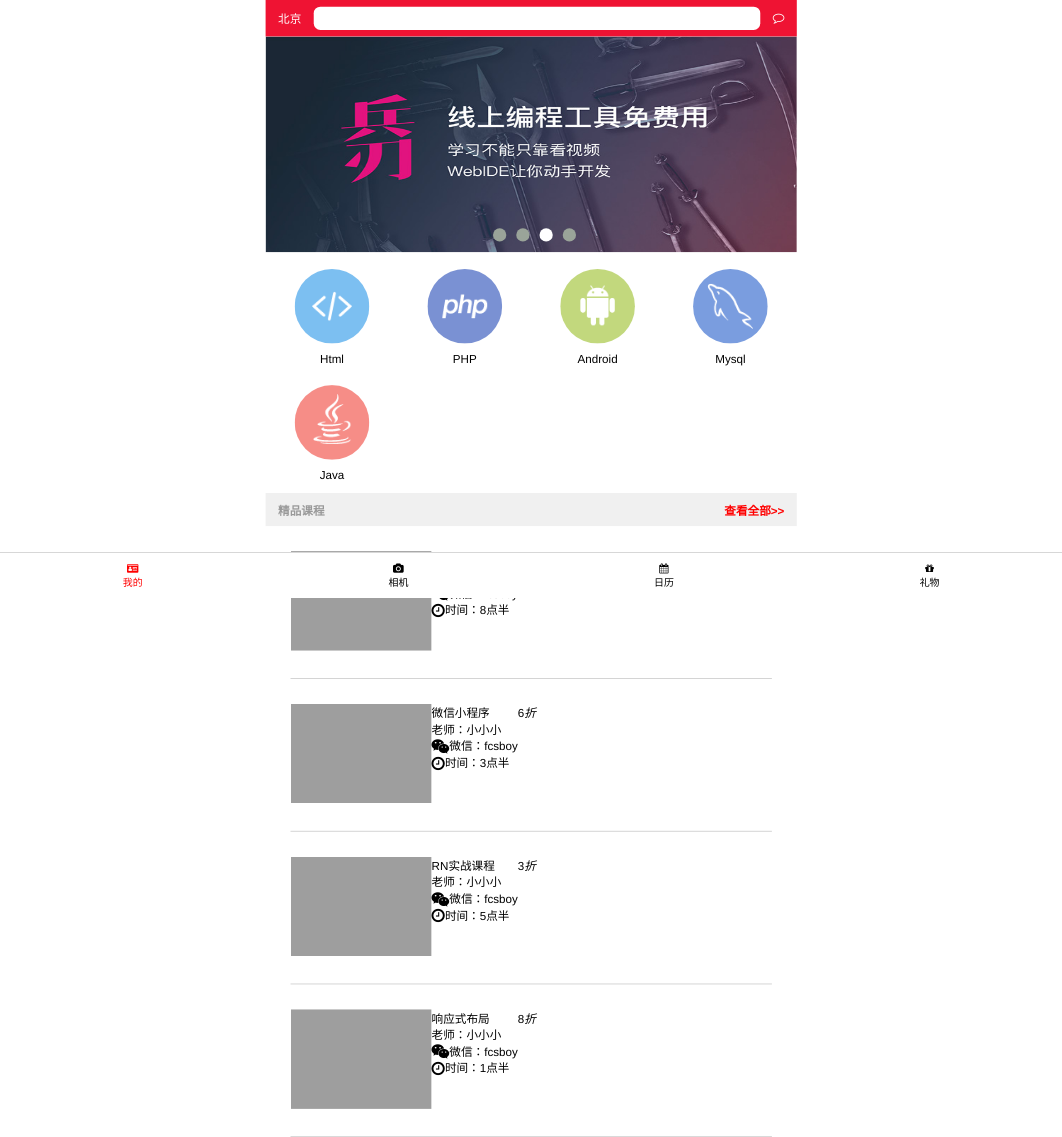
Repository: zhenzhen-gong/flextContent
Page: index.html
The author's editor kept a copy of each file at every save. The page is drawn from the files as they stood at one save, then again after the next save.
The browser window is 1280 px wide. The pictures show the whole page, at 83% of full size.
Pictures or frames that could not be fetched are drawn as grey boxes.

Above is the page before, as saved 2020-06-19 10:38:57.

### index.html
<!DOCTYPE html>
<html lang="en">

<head>
    <meta charset="UTF-8">
    <meta name="viewport" content="width=device-width, initial-scale=1.0">
    <title>移动端响应式小项目</title>
    <link rel="stylesheet" href="css/style.css">
    <link rel="stylesheet" href="css/font-awesome/css/font-awesome.min.css">
    <script src="http://cdn.bootcss.com/jquery/1.12.4/jquery.js"></script>
    <script src="script.js"></script>
</head>

<body>
    <div class="Tbox">
        <header>
            <a href="#" class="left-address">北京</a>
            <input class="middle-form" name="search">
            <a href="#" class="right-message">
                <i class="fa fa-comment-o"></i>
            </a>
        </header>
        <section>
            <div class="imgholder">
                <div class="imgBox" id="imgBox">
                    <div class="imgcontent active"><img src="img/banner1.jpg" alt="图片加载失败"></div>
                    <div class="imgcontent"><img src="img/banner2.jpg" alt="图片加载失败"></div>
                    <div class="imgcontent"><img src="img/banner3.jpg" alt="图片加载失败"></div>
                    <div class="imgcontent"><img src="img/banner4.jpg" alt="图片加载失败"></div>
                </div>
                <div class="imgCircle" id="imgCircle">
                    <span class="active"></span>
                    <span></span>
                    <span></span>
                    <span></span>
                </div>
            </div>
            <div class="content">
                <div>
                    <img src="img/1.png" alt="">
                    <span>Html</span>
                </div>
                <div>
                    <img src="img/2.png" alt="">
                    <span>PHP</span>
                </div>
                <div>
                    <img src="img/3.png" alt="">
                    <span>Android</span>
                </div>
                <div>
                    <img src="img/4.png" alt="">
                    <span>Mysql</span>
                </div>
                <div>
                    <img src="img/5.png" alt="">
                    <span>Java</span>
                </div>
            </div>
            <div class="nav">
                <span>精品课程</span>
                <span>查看全部>></span>
            </div>
            <div class="items">
                <div class="item">
                    <div class="item_left">
                        <img src="http://szimg.mukewang.com/5806de7c00014a3105400300-360-202.jpg" alt="">
                    </div>
                    <div class="item_center">
                        <p>jQuery实战课程</p>
                        <p>老师：小小小</p>
                        <p><i class="fa fa-weixin fa-lg"></i>微信：fcsboy</p>
                        <p><i class="fa fa-clock-o fa-lg"></i>时间：8点半</p>
                    </div>
                    <div class="item_right">
                        <span>3</span><em>折</em>
                    </div>
                </div>
                <div class="item">
                    <div class="item_left">
                        <img src="http://szimg.mukewang.com/583e42fb0001e04f05400300-360-202.jpg" alt="">
                    </div>
                    <div class="item_center">
                        <p>微信小程序</p>
                        <p>老师：小小小</p>
                        <p><i class="fa fa-weixin fa-lg"></i>微信：fcsboy</p>
                        <p><i class="fa fa-clock-o fa-lg"></i>时间：3点半</p>
                    </div>
                    <div class="item_right">
                        <span>6</span><em>折</em>
                    </div>
                </div>
                <div class="item">
                    <div class="item_left">
                        <img src="http://szimg.mukewang.com/57ec8a820001c60b05400300-360-202.jpg" alt="">
                    </div>
                    <div class="item_center">
                        <p>RN实战课程</p>
                        <p>老师：小小小</p>
                        <p><i class="fa fa-weixin fa-lg"></i>微信：fcsboy</p>
                        <p><i class="fa fa-clock-o fa-lg"></i>时间：5点半</p>
                    </div>
                    <div class="item_right">
                        <span>3</span><em>折</em>
                    </div>
                </div>
                <div class="item">
                    <div class="item_left">
                        <img src="http://szimg.mukewang.com/576b84c10001b1c005400300-360-202.jpg" alt="">
                    </div>
                    <div class="item_center">
                        <p>响应式布局</p>
                        <p>老师：小小小</p>
                        <p><i class="fa fa-weixin fa-lg"></i>微信：fcsboy</p>
                        <p><i class="fa fa-clock-o fa-lg"></i>时间：1点半</p>
                    </div>
                    <div class="item_right">
                        <span>8</span><em>折</em>
                    </div>
                </div>
            </div>
        </section>
    </div>
    <footer>
        <div class="active">
            <a href="#" class="active">
                <i class="fa fa-id-card"></i>
            </a>
            我的
        </div>
        <div>
            <a href="#">
                <i class="fa fa-camera"></i>
            </a>
            相机
        </div>
        <div>
            <a href="#">
                <i class="fa fa-calendar"></i>
            </a>
            日历
        </div>
        <div>
            <a href="#">
                <i class="fa fa-gift"></i>
            </a>
            礼物
        </div>
    </footer>
</body>

</html>

### css/style.css
/* css初始化 */
*{
    margin: 0;
    padding: 0;
    border: none;
}
body{
    font-size: 14px;
    font-family: 'Franklin Gothic Medium', 'Arial Narrow', Arial, sans-serif;
}
a{
    text-decoration: none;
    color: black;
}
/* 正文部分 */
.Tbox{
    width: 640px;
    position: absolute;
    left: 0;
    right: 0;
    margin: 0 auto;
}
/* 头部导航 */
.Tbox>header{
   height: 44px;
   padding: 0 15px;
   background: #ef1333;
   display: flex;
   align-items: center;
}
.Tbox>header>a.left-address{
    margin-right: 15px;
    color: #ffffff;
}
.Tbox>header>input.middle-form{
   flex: 1;
   box-sizing: border-box;
   height: 28px;
   border-radius: 8px;
   border: none;
}
.Tbox>header>a.right-message{
    margin-left: 15px;
    color: #ffffff;
}
/* 图片轮播 */
section>div.imgholder{
    height: 260px;
    width: 100%;
    position: relative;
    overflow: hidden;
}
section>div.imgholder>div.imgBox{
    height: 100%;
    width: 100%;
}
section>div.imgholder>div.imgBox>div.imgcontent{
    position: absolute;
    height: 100%;
    width: 100%;
    overflow: hidden;
    display: none;
}
section>div.imgholder>div.imgBox>div.active{
    display: block;
}
section>div.imgholder>div.imgBox>div.imgcontent>img{
    width: 100%;
    height: 100%;
}
/* 控制图片切换的圆点 */
section>div.imgholder>div.imgCircle{
    position: absolute;
    bottom: 10px;
    width: 100%;
    text-align: center;
}
section>div.imgholder>div.imgCircle>span{
    display: inline-block;
    height: 16px;
    width: 16px;
    border-radius: 50%;
    background: #9aa499;
    cursor: pointer;
    margin-left: 8px;
}
section>div.imgholder>div.imgCircle>span.active{
    background: #ffffff;
}
/* 正文内容菜单部分 */
section>div.content{
    display: flex;
    flex-wrap: wrap;
    padding-top: 10px;
    background: #ffffff;
}
section>div.content>div{
    width: 25%;
    height: 120px;
    text-align: center;
    margin: 10px 0;
}
section>div.content>div>span{
    display: block;
    margin-top: 7px;
}
section>div.content>div>img{
    border-radius: 50%;
}

/* 精品课程的导航条 */
section>div.nav{
    height: 40px;
    background: #f0f0f0;
    display: flex;
    justify-content: space-between;
    align-items: center;
    padding: 0 15px;
}
section>div.nav>span:nth-child(1){
    color: #999;
    font-weight: bold;
}
section>div.nav>span:nth-child(2){
    color: red;
    font-weight: bold;
}

/* 正文内容 */
section>div.items{
    background: #ffffff;
    padding: 0 30px;
}
section>div.items>div.item{
    display: flex;
    padding: 30px 0;
    border-bottom: 1px solid #cccccc;
}
section>div.items>div.item>div.item_left>img{
    width: 170px;
    height: 120px;
}

/* 页脚部分 */
footer{
    position: fixed;
    bottom: 0;
    height: 54px;
    width: 100%;
    font-size: 12px;
    display: flex;
    align-items: center;
    text-align: center;
    background: #ffffff;;
    border-top: 1px solid #cccccc;
}
footer>div{
    flex: 1;
}
footer>div.active{
    color: red;
}
footer>div>a{
    display: block;
}
footer>div>a.active{
    color: red;
}

### script.js
$(document).ready(function(){
    var index = 0,
        timer = null,
        imgs = $("#imgBox").children("div"),
        circles = $("#imgCircle").children("span")
        console.log(circles);

    function imgslider () {
        //当鼠标在图片上时，停止轮播
        $("#imgBox").mouseover(function(){
            if(timer) clearInterval(timer)
        })
        //当鼠标移出图片时，图片继续轮播
        $("#imgBox").mouseout(function(){
            // 图片自动轮播
        timer = setInterval(function(){
            index++;
            if(index>=imgs.length){
                index = 0
            }
            changeImg()
        },2000)
        });
        //一开始就执行mouseout，图片轮播
        $("#imgBox").mouseout()

        // 点击圆点切换图片
        // 1、找到所有圆点  并为每个圆点绑定click事件
        for(let i = 0;i<circles.length;i++){
            circles[i].id = i;
            circles[i].onclick = function(){
                index = i;
                changeImg()
                if(timer) clearInterval(timer)
            }
        }

    }





    function changeImg() {
       // 当前图片的display属性为block，其他为none；
       for(let i = 0;i<imgs.length;i++){
           imgs[i].style.display = "none"
           circles[i].className = " "
       }
       imgs[index].style.display = "block"
       circles[index].className = "active "
    }
    imgslider()
})

Loaded but not shown: css/font-awesome/css/font-awesome.min.css (library)

After the next save:
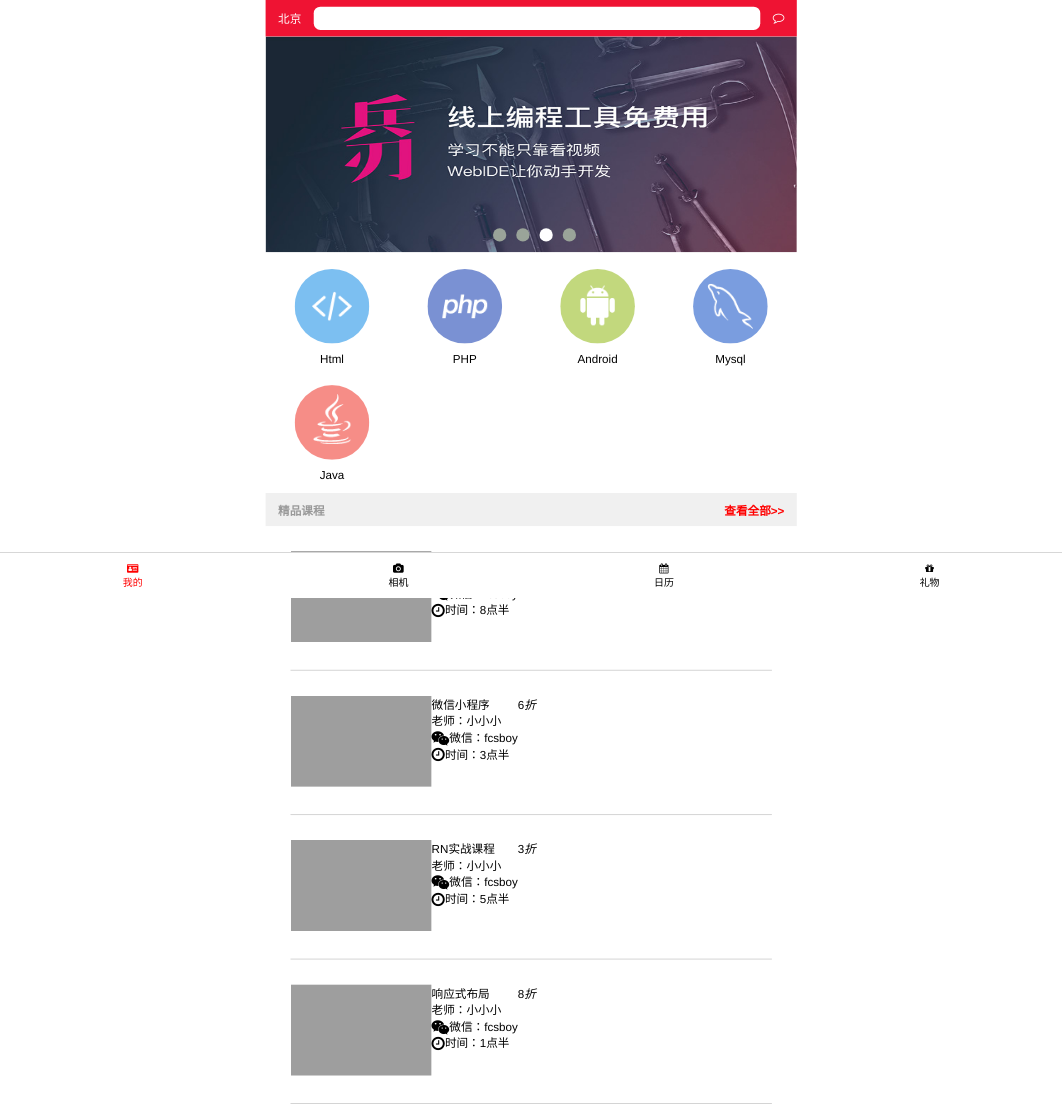
Saved 19 s later.
--- a/css/style.css
+++ b/css/style.css
@@ -138,7 +138,7 @@
 }
 section>div.items>div.item>div.item_left>img{
     width: 170px;
-    height: 120px;
+    height: 110px;
 }
 
 /* 页脚部分 */
